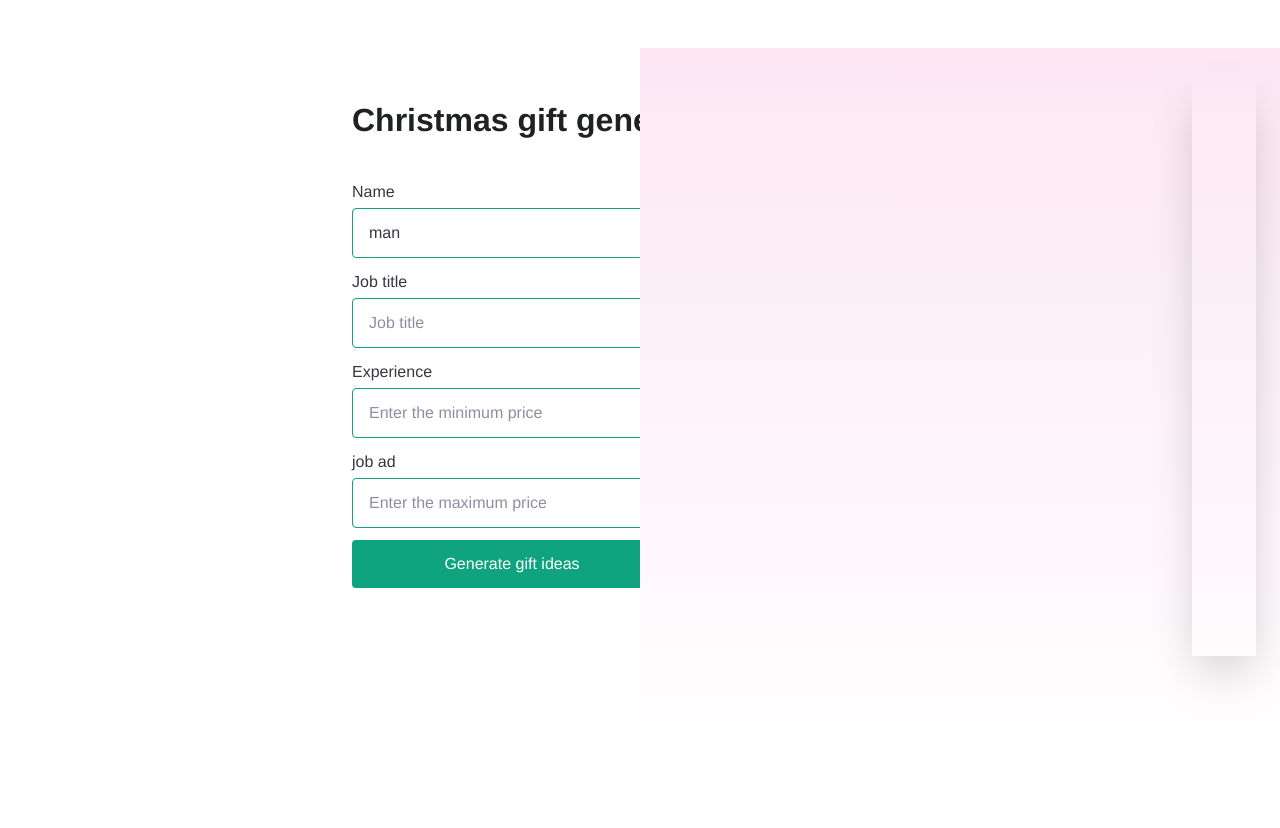
Repository: hamza-mastar/chatgpt-jpbad
Page: /
These files come from the project's save history. The page is drawn as it stood at one moment and after the next save; the edit follows.
The browser window is 1280 px wide. The pictures show the whole page.
Some web fonts or font styles are not loaded; a fallback is used. The project was rebuilt for these pictures with package versions that can differ from the ones it lists, and the page was loaded fresh each time. The framework's server and built-in components were replaced by stand-ins that run in the browser.

Above is the page before, as saved 2023-01-30 04:15:22.

### pages/_app.js
import 'tailwindcss/tailwind.css'

import '../styles/globals.css'

export default function MyApp({ Component, pageProps }) {
  return <Component {...pageProps} />
}

### pages/index.js
import Head from 'next/head';
import React from 'react';
import { useState } from 'react';

import styles from './index.module.css';


// import './gifts.css'




export default function Home() {
  const [name, setName] = useState('man');
  const [job_title, setJob_title] = useState("");
  const [experience, setExperience] = useState("");
  const [job_ad, setJob_ad] = useState("");

  const [loading, setLoading] = useState(false);

  const [result, setResult] = useState('');

  async function onSubmit(event) {
    event.preventDefault();
    if (loading) {
      return;
    }
    setLoading(true);
    setResult('hamza');
    const response = await fetch('/api/generate-gifts', {
      method: 'POST',
      headers: {
        'Content-Type': 'application/json',
      },
      body: JSON.stringify({ name, job_title, experience, job_ad}),
    });
    const data = await response.json();
    setResult(data.result.replaceAll('\n', '<br />'));
    setLoading(false);
  }


  return (
    <>



    <dody class="h-full px-5 sm:px-6">
      <div class="flex relative sm:flex-col md: flex-col">

      <Head>
        <title>OpenAI Quickstart</title>
        <link rel="icon" href="/dog.png" />
      </Head>

      <main className={styles.main}>
     <div class="min-h-screen w-full lg:w-1/2 relative">
    <div class="h-full px-5 sm:px-6">
      <div class="h-full w-full max-w-xl mx-auto flex flex-col after:mt-auto after:flex-1">




        <h3  >Christmas gift generator 🎁 💡</h3>
        <form  onSubmit={onSubmit}>
          <label>Name</label>
          <input
            type="text"
            name="name"
            placeholder="Enter the Name"
            value={name}
            onChange={(e) => setName(e.target.value)}
          />


          <label>Job title</label>
          <input
            type="text"
            name="job_title"
            placeholder="Job title"
            value={job_title}
            onChange={(e) => setJob_title(e.target.value)}
          />

          <label>Experience </label>
          <input
            type="text"
            name="experience"
            placeholder="Enter the minimum price"
            value={experience}
            onChange={(e) => setExperience(e.target.value)}
          />

          <label> job ad</label>
          <input
            type="text"
            name="job_ad"
            placeholder="Enter the maximum price"
            value={job_ad}
            onChange={(e) => setJob_ad(e.target.value)}
          />



          <input type="submit" value="Generate gift ideas" />
        </form>
        </div>
        </div>
          </div>
          {/* loging page ////////////////// */}

          <div class="relative lg:fixed right-0 bottom-0 lg:block lg:w-1/2 overflow-hidden sm:px-5 lg:h-full h-auto overflow-y-auto top-12">
            <div class="absolute inset-0 bg-gradient-to-b from-pink-100 to-white pointer-events-none -z-10" >
              <div class="hidden md:block absolute right-0 pointer-events-none -z-10">
                <div class="h-auto">
                <div class="p-6 pb-0 h-[calc(100vh-6rem)]" >
                <div class="form-textarea relative text-base w-full p-4 px-8 overflow-scroll h-[calc(100%-1rem)] shadow-2xl flex items-center justify-center" >
                <div class="text-pink-600 font-mono text-left text-base font-semibold absolute top-4 left-4">
        {loading && (
          <div>
            <h3>Looking for the best gift ideas 🎁 💡</h3>
            <img src="/loading.gif" className={styles.loading} />
          </div>



        )}
        <div class="is-typed"
          className={styles.result}
          dangerouslySetInnerHTML={{ __html: result }}


        />
        </div>
        </div>
        </div>
        </div>
        </div>
        </div>
        </div>
      </main>
      </div>

      </dody>


    </>
  );
}
// Name Job_title Experience job_ad

### pages/index.module.css


@font-face {
  font-family: "ColfaxAI";
  src: url(https://cdn.openai.com/API/fonts/ColfaxAIRegular.woff2)
      format("woff2"),
    url(https://cdn.openai.com/API/fonts/ColfaxAIRegular.woff) format("woff");
  font-weight: normal;
  font-style: normal;
}
@font-face {
  font-family: "ColfaxAI";
  src: url(https://cdn.openai.com/API/fonts/ColfaxAIBold.woff2) format("woff2"),
    url(https://cdn.openai.com/API/fonts/ColfaxAIBold.woff) format("woff");
  font-weight: bold;
  font-style: normal;
}
.main,
.main input {
  font-size: 16px;
  line-height: 24px;
  color: #353740;
  font-family: "ColfaxAI", Helvetica, sans-serif;
}
.main {
  display: flex;
  flex-direction: column;
  align-items: center;
  padding-top: 60px;
}
.main .icon {
  width: 34px;
}
.main h3 {
  font-size: 32px;
  line-height: 40px;
  font-weight: bold;
  color: #202123;
  margin: 16px 0 40px;
}
.main form {
  display: flex;
  flex-direction: column;
  width: 320px;
}
.main input[type="text"] {
  padding: 12px 16px;
  border: 1px solid #10a37f;
  border-radius: 4px;
  margin-bottom: 24px;
  outline-color: #10a37f;
}
.main ::placeholder {
  color: #8e8ea0;
  opacity: 1;
}
.main input[type="submit"] {
  padding: 12px 0;
  color: #fff;
  background-color: #10a37f;
  border: none;
  border-radius: 4px;
  text-align: center;
  cursor: pointer;
}
.main .result {
  padding: 100px;
  font-weight: bold;
  margin-top: 40px;
  position:absolute;
  display: flex;
  justify-content: end;
}

.main .loading {
  width: 50;
}

.main input[type="text"],
.main input[type="number"],
.main select {
  padding: 12px 16px;
  border: 1px solid #10a37f;
  border-radius: 4px;
  margin-bottom: 12px;
  margin-top: 4px;
}
.hamza {
  background-color: #10a37f;
}






.relative {
  position: relative;
}

.nano {
  background-color: white;
  color: black;
  display: flex;
  overflow: scroll;
}

.form-textarea{
  border-width: 1px;
  --tw-border-opacity: 1;
  border-color: rgb(209 213 219 / var(--tw-border-opacity));
  --tw-bg-opacity: 1;
  background-color: rgb(255 255 255 / var(--tw-bg-opacity));
  height: 600px;
  width: 600px;
}

.texxt-base {
  font-size: 18px;
  line-height: 1.5;
  letter-spacing: -.01em;
  color: black

}
.typed {
  color: #1f2937;
  white-space: break-spaces;
  font-size: 100px;
}
@media only screen and (max-width: 600px) {
  .goho {
    width: auto;
    display: flex;
    justify-content:center ;

  }
}

Loaded but not shown: styles/globals.css (common file); tailwind.config.js (common file)

After the next save:
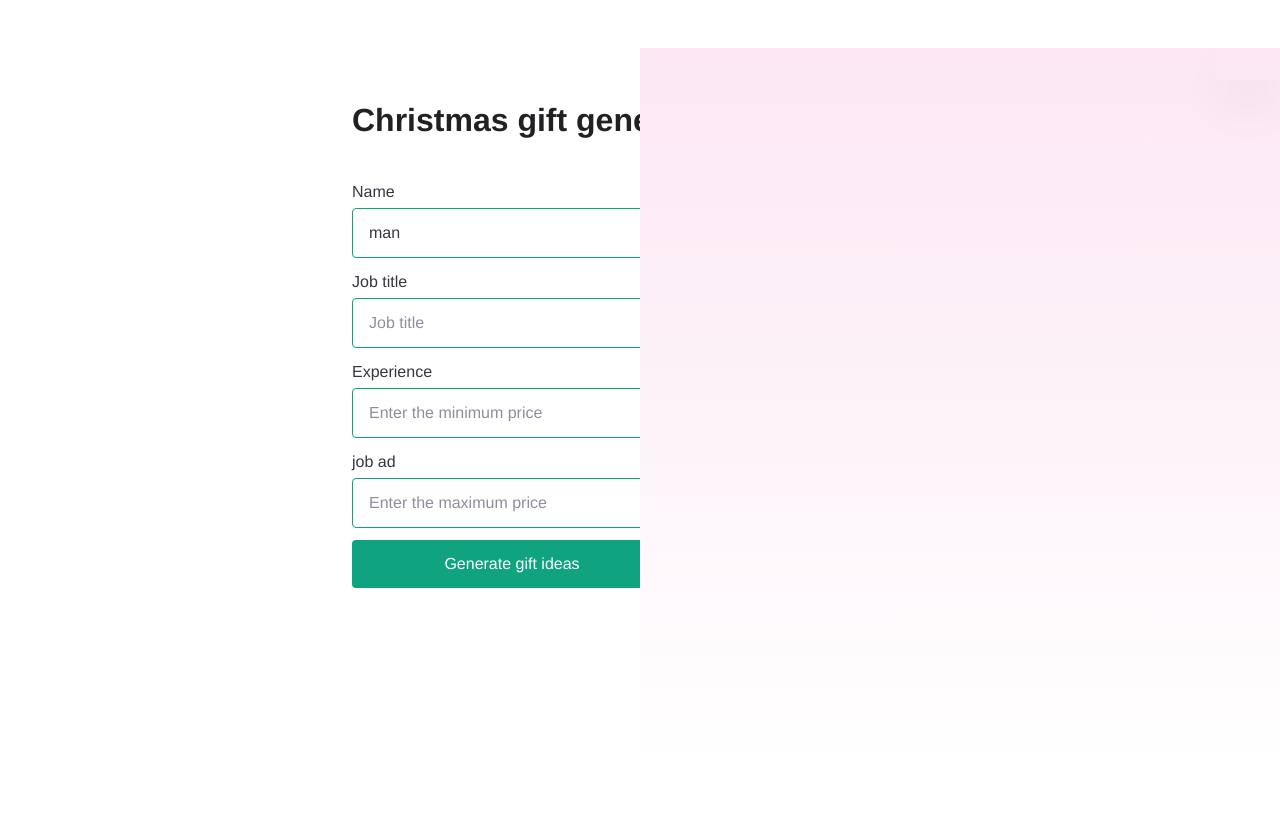
Saved 73 s later.
--- a/pages/index.js
+++ b/pages/index.js
@@ -113,7 +113,7 @@
             <div class="absolute inset-0 bg-gradient-to-b from-pink-100 to-white pointer-events-none -z-10" >
               <div class="hidden md:block absolute right-0 pointer-events-none -z-10">
                 <div class="h-auto">
-                <div class="p-6 pb-0 h-[calc(100vh-6rem)]" >
+                {/* <div class="p-6 pb-0 h-[calc(100vh-6rem)]" > */}
                 <div class="form-textarea relative text-base w-full p-4 px-8 overflow-scroll h-[calc(100%-1rem)] shadow-2xl flex items-center justify-center" >
                 <div class="text-pink-600 font-mono text-left text-base font-semibold absolute top-4 left-4">
         {loading && (
@@ -137,7 +137,7 @@
         </div>
         </div>
         </div>
-        </div>
+        {/* </div> */}
       </main>
       </div>
 

After the save that followed:
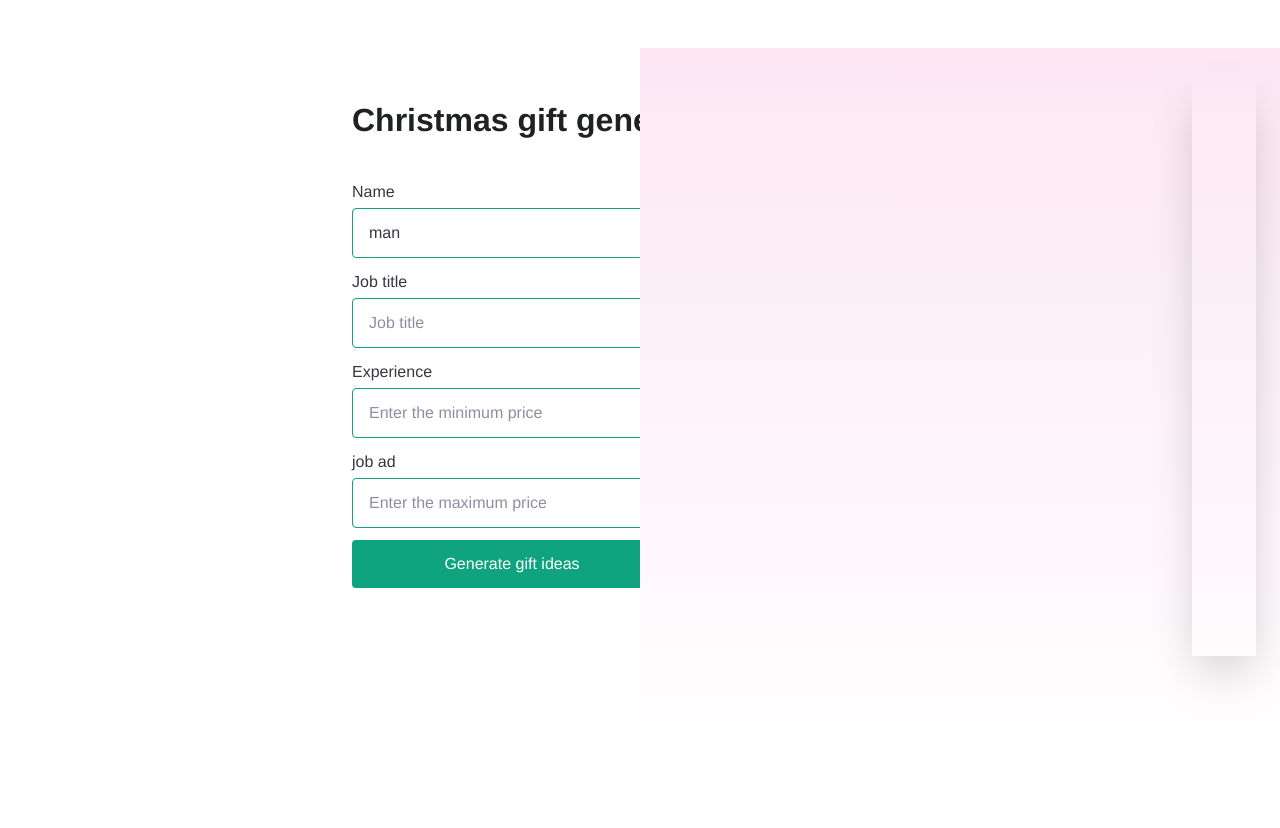
Saved 38 s later.
--- a/pages/index.js
+++ b/pages/index.js
@@ -113,7 +113,7 @@
             <div class="absolute inset-0 bg-gradient-to-b from-pink-100 to-white pointer-events-none -z-10" >
               <div class="hidden md:block absolute right-0 pointer-events-none -z-10">
                 <div class="h-auto">
-                {/* <div class="p-6 pb-0 h-[calc(100vh-6rem)]" > */}
+                <div class="p-6 pb-0 h-[calc(100vh-6rem)]" >
                 <div class="form-textarea relative text-base w-full p-4 px-8 overflow-scroll h-[calc(100%-1rem)] shadow-2xl flex items-center justify-center" >
                 <div class="text-pink-600 font-mono text-left text-base font-semibold absolute top-4 left-4">
         {loading && (
@@ -137,7 +137,7 @@
         </div>
         </div>
         </div>
-        {/* </div> */}
+        </div>
       </main>
       </div>
 
